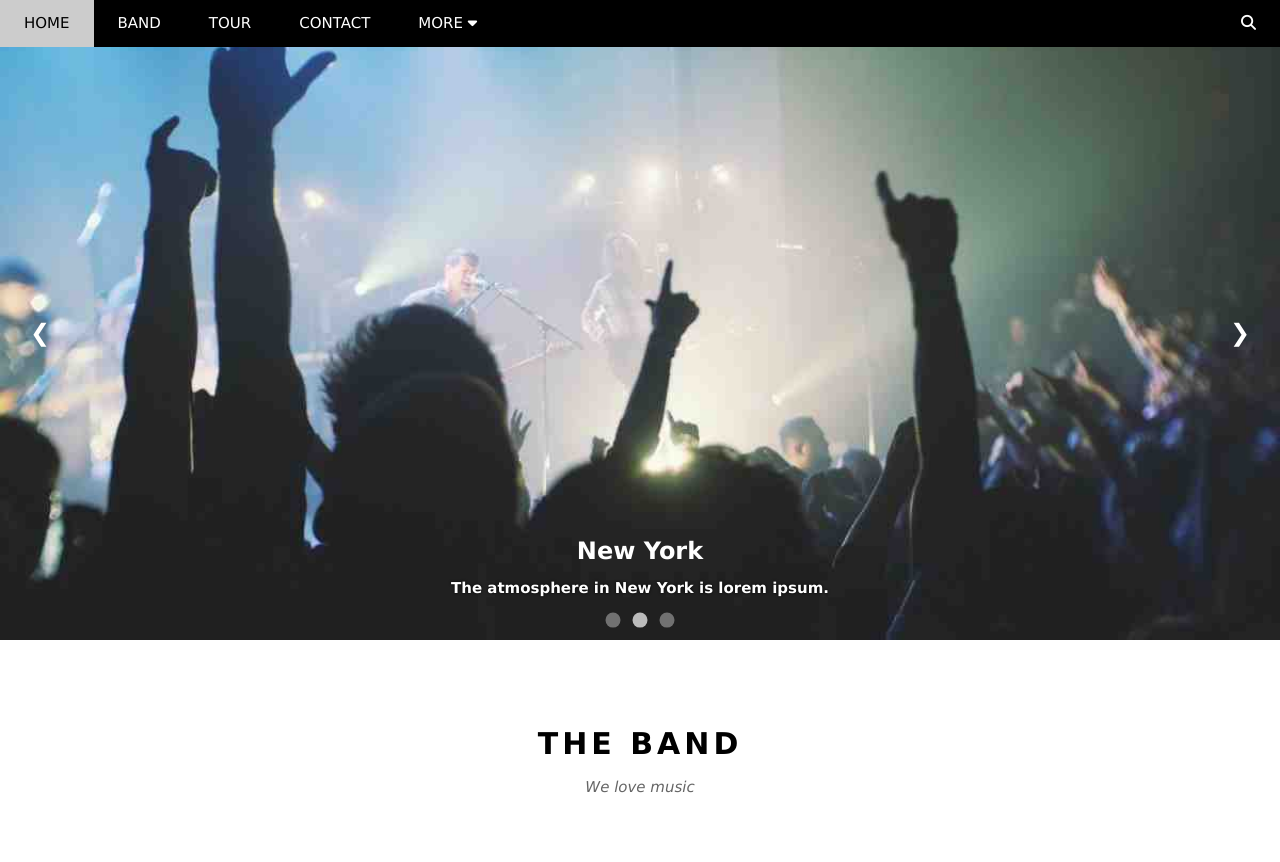
Repository: tam1512/The-Band
Page: index.html
These files come from the project's save history. The page is drawn as it stood at one moment and after the next save; the edit follows.
The browser window is 1280 px wide. The pictures show the whole page.
Some web libraries are served in a nearby version.

Above is the page before, as saved 2022-07-23 10:45:33.

After the next save:
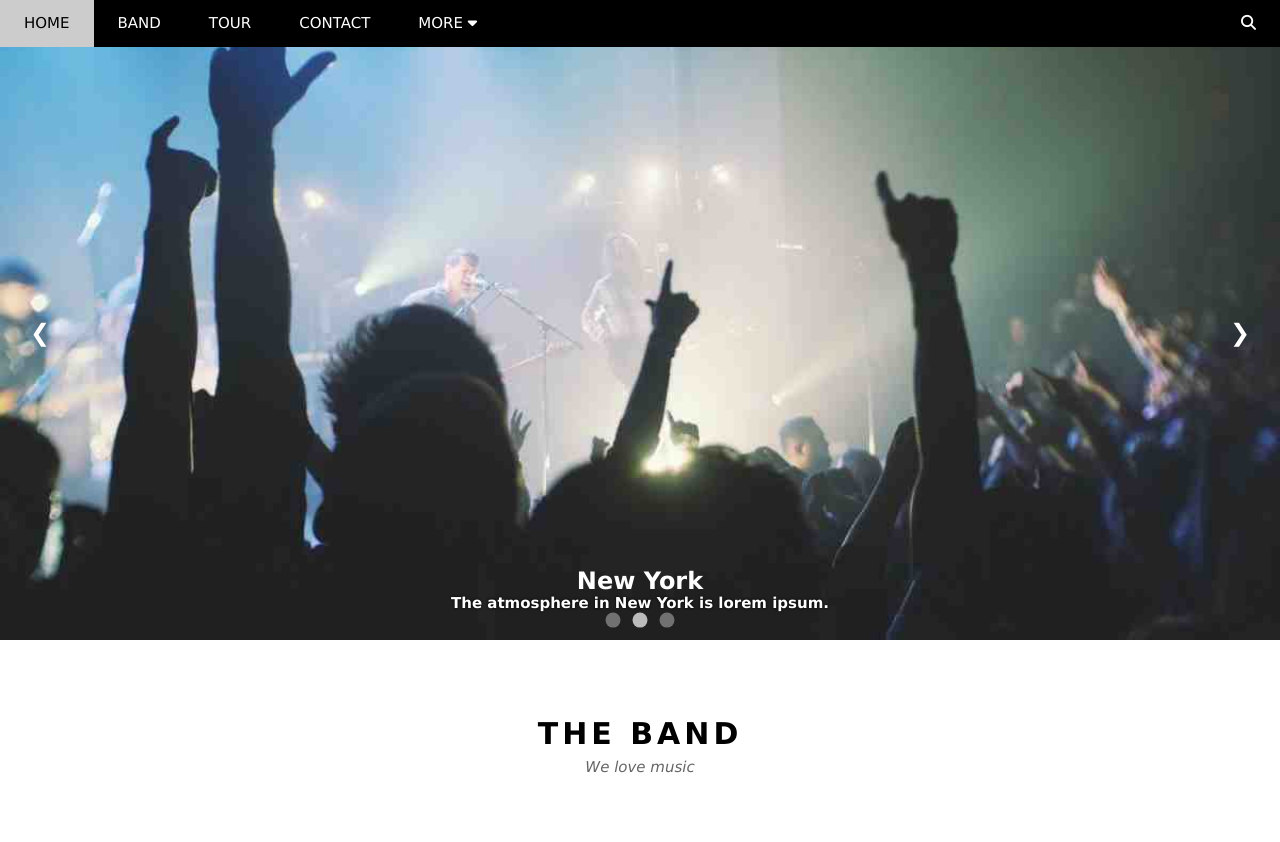
Saved 14 s later.
--- a/assets/css/style.css
+++ b/assets/css/style.css
@@ -48,11 +48,11 @@ body {
   margin: 0 24px !important;
 }
 
-.margin-10 {
+.margin-10-0 {
   margin: 10px 0 !important;
 }
 
-.margin-15 {
+.margin-15-0 {
   margin: 15px 0 !important;
 }
 
